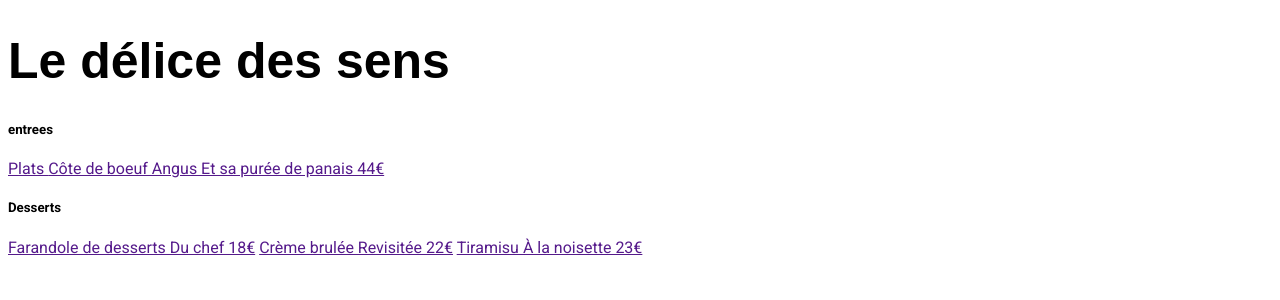
Repository: lysianebo/OHMYFOOD
Page: Le_délice_des sens.html
An editor plug-in stored every save of this project. The page is shown before and after the next save, followed by the edit.
The browser window is 1280 px wide. The pictures show the whole page.
Some web fonts or font styles are not loaded; a fallback is used. Some web libraries are served in a nearby version.

Above is the page before, as saved 2022-10-22 16:14:46.

### Le_délice_des sens.html
<!DOCTYPE html>
<html lang="en">
<head>
    <meta charset="UTF-8">
    <meta http-equiv="X-UA-Compatible" content="IE=edge">
    <meta name="viewport" content="width=device-width, initial-scale=1.0">
    <link rel="stylesheet" href="public/css/main.css"/>

    <title>Document</title>
</head>
<body>
    <h1>Le délice des sens</h1>

   <h5>entrees</h5>
   <a href="" class="btn grey"Tartare de thon
    Assaisonné au yuzu
    25€

    <a href="" class="btn grey" Bouchée de homard croustillant
    Et sa farandole de petits légumes
    35€

    <a href="" class="btn grey"Velouté de cèpes
    Aux truffes
    20€

    <h5>Plats</h5>
    <a href="" class="btn grey"Poulet rôti aux herbes de Provence
    Et sa crème de truffe
    40€


    <a href="" class="btn grey"Langouste rôtie Et ses légumes de saison
    35€</a></a>

    <a href="" class="btn grey">Côte de boeuf Angus
    Et sa purée de panais
    44€</a>

    <h5>Desserts</h5>
    <a href="" class="btn grey">Farandole de desserts
    Du chef
    18€</a>

    <a href="" class="btn grey">Crème brulée
    Revisitée
    22€</a>

    <a href="" class="btn grey">Tiramisu
    À la noisette
    23€</a>

</body>
</html>

### public/css/main.css
@import url("https://fonts.googleapis.com/css2?family=Roboto:wght@400;500;700;900&display=swap");
@import url("https://fonts.googleapis.com/css2?family=Shrikhand&display=swap");
@import url("https://cdnjs.cloudflare.com/ajax/libs/font-awesome/6.1.2/css/all.css");
body {
  font-family: Roboto, sans-serif;
  font-size: 16px;
}

h1 {
  font-family: Shrikhand, sans-serif;
  font-size: 50px;
  font-weight: 700;
  line-height: 1.1;
}

h4 {
  font-family: Shrikhand, sans-serif;
  font-size: 30px;
}

ul {
  list-style-type: none;
  text-decoration: none;
}

span {
  font-family: Roboto, sans-serif;
  font-size: 50px;
}

/*# sourceMappingURL=main.css.map */

After the next save:
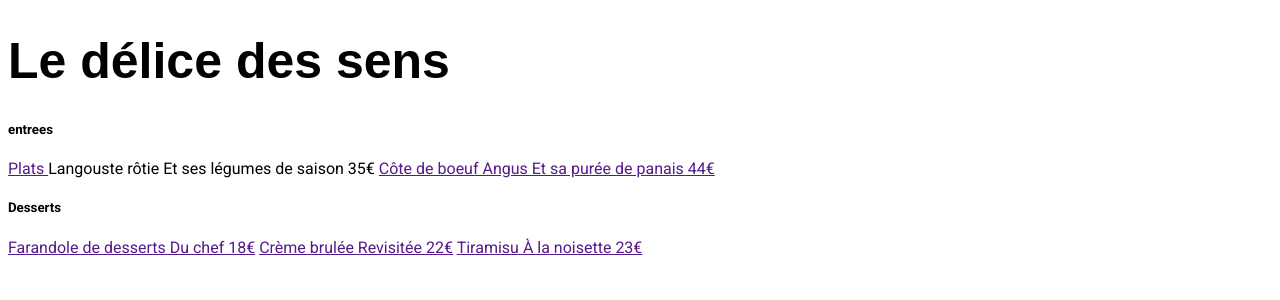
Saved 13 s later.
--- a/Le_délice_des sens.html
+++ b/Le_délice_des sens.html
@@ -30,7 +30,7 @@
     40€
 
 
-    <a href="" class="btn grey"Langouste rôtie Et ses légumes de saison
+    <a href="" class="btn grey"></a>Langouste rôtie Et ses légumes de saison
     35€</a></a>
 
     <a href="" class="btn grey">Côte de boeuf Angus
